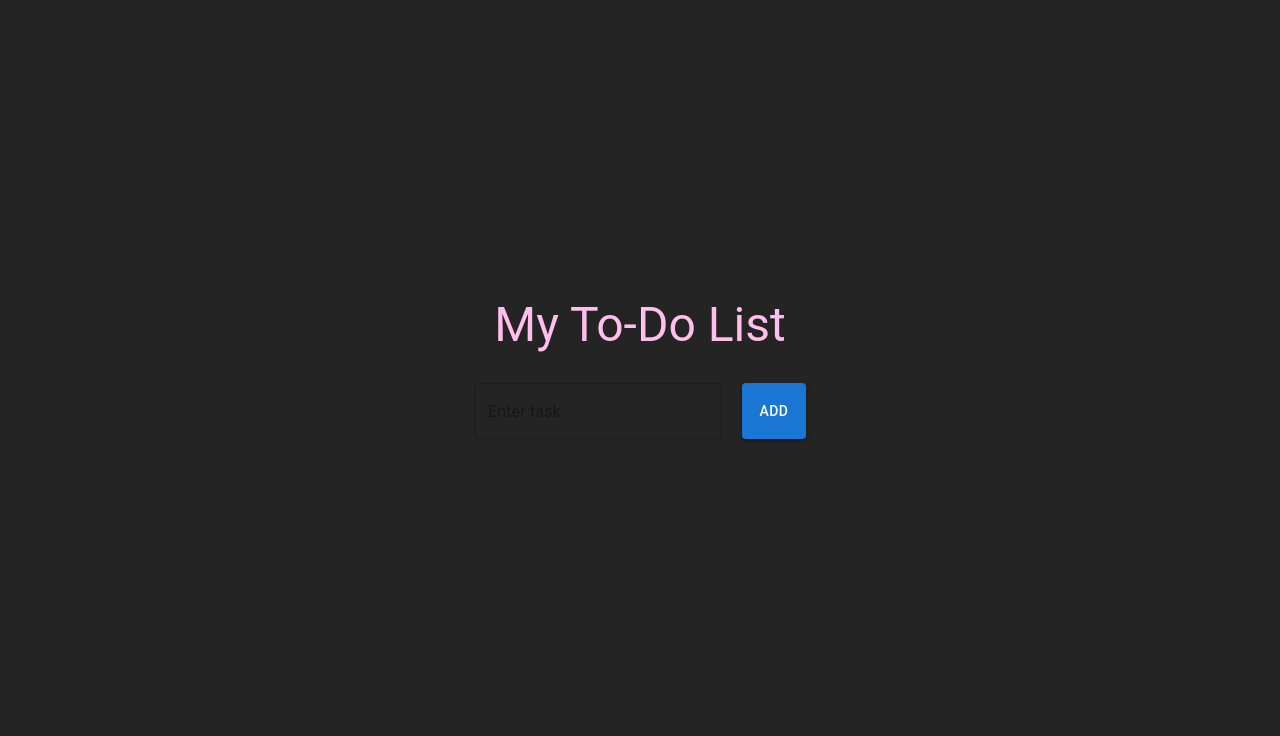
Repository: savannaaaas/ToDo_List
Page: /
An editor plug-in stored every save of this project. The page is shown before and after the next save, followed by the edit.
The browser window is 1280 px wide. The pictures show the whole page.
The project was rebuilt for these pictures with package versions that can differ from the ones it lists, and the page was loaded fresh each time. Also part of the build but not shown: vite.config.js.

Above is the page before, as saved 2025-08-08 22:54:00.

### src/index.css
:root {
  font-family: system-ui, Avenir, Helvetica, Arial, sans-serif;
  line-height: 1.5;
  font-weight: 400;
  background-color: #242424;
}


.toDo-list{
  display: flex;
  flex-direction: column;
  justify-content: center;
  align-items: center;
  min-height: 100vh;
  width: 100%;
  margin: 0 auto;
  box-sizing: border-box;
  gap: 30px;
}
.form{
  display: flex;
  flex-direction: row;
  gap: 20px;
}

### src/App.jsx
import { Header } from "./components/Header";
import { AddTask } from "./components/AddTask";
import "./index.css";

function App() {
  return (
    <div className="toDo-list">
      <Header />
      <AddTask />
    </div>
  );
}

export default App;

### src/components/Header.jsx
import { Typography } from "@mui/material";
export const Header = () => {
  return (
    <Typography variant="h3" sx={{ color: "#ffbeec" }}>
      My To-Do List
    </Typography>
  );
};

### src/components/AddTask.jsx
import { Controller } from "react-hook-form";
import { useForm } from "react-hook-form";
import { schema } from "../schema/shema";
import { yupResolver } from "@hookform/resolvers/yup";
import { Button, TextField } from "@mui/material";

export const AddTask = () => {
  const {
    control,
    handleSubmit,
    formState: { errors },
  } = useForm({
    defaultValues: {
      task: "",
    },
    resolver: yupResolver(schema),
    mode: "onTouched",
  });
  const handleInputSubmit = (data) => {
    console.log(data);
  };
  return (
    <form onSubmit={handleSubmit(handleInputSubmit)} className="form">
      <Controller
        name="task"
        control={control}
        defaultValue=""
        render={({ field }) => {
          return (
            <TextField
              {...field}
              placeholder="Enter task"
              helperText={errors.task?.message}
              error={errors.task}
            />
          );
        }}
      />
      <Button variant="contained" sx={{ backgroundColor: "" }}>
        Add
      </Button>
    </form>
  );
};

### src/schema/shema.js
import * as yup from "yup";
export const schema = yup.object().shape({
  task: yup
    .string()
    .trim()
    .min(1, "The task must be more than 1 character long.")
    .required("This field is required")
    .test((value) => /^\S+$/.test(value)),
});

Loaded but not shown: index.html (common file); src/main.jsx (common file)

After the next save:
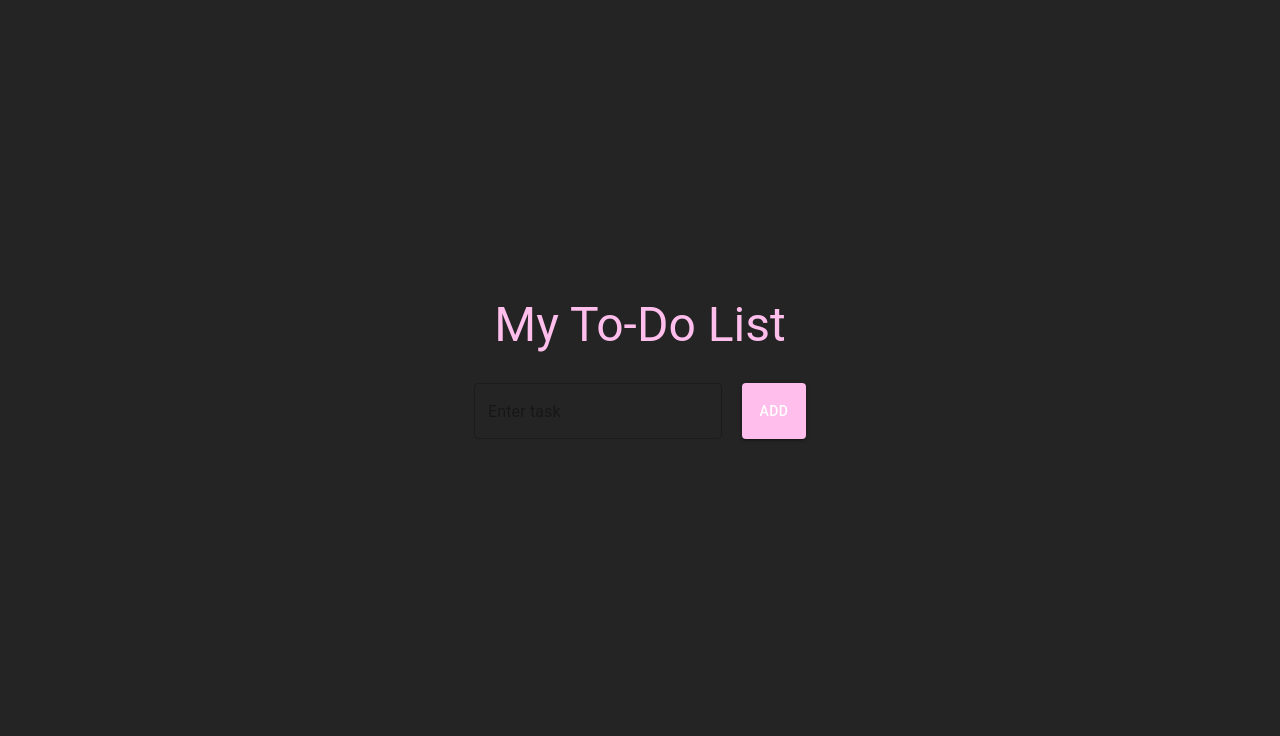
Saved 12 s later.
--- a/src/components/AddTask.jsx
+++ b/src/components/AddTask.jsx
@@ -36,7 +36,7 @@ export const AddTask = () => {
           );
         }}
       />
-      <Button variant="contained" sx={{ backgroundColor: "" }}>
+      <Button variant="contained" sx={{ backgroundColor: "#ffbeec" }}>
         Add
       </Button>
     </form>
